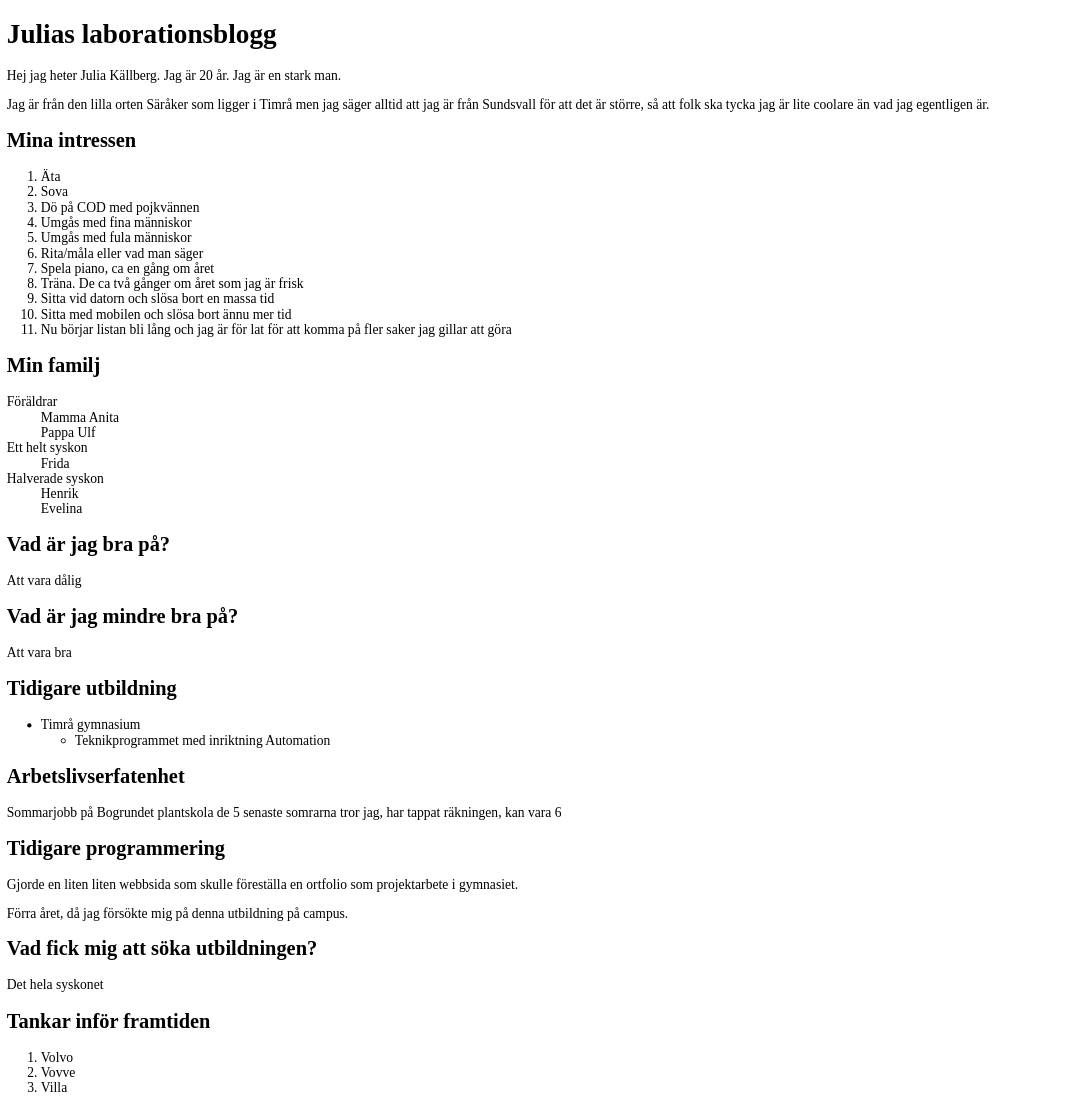
Repository: jk222rp/1ik415-laborationer-2014
Page: pages/presentation.html
The author's editor kept a record of every edit. The page is drawn from the files as they stood at one moment, then again after the next edit.
The browser window is 1280 px wide. The pictures show the whole page, at 85% of full size.

Above is the page before.

After the next edit:
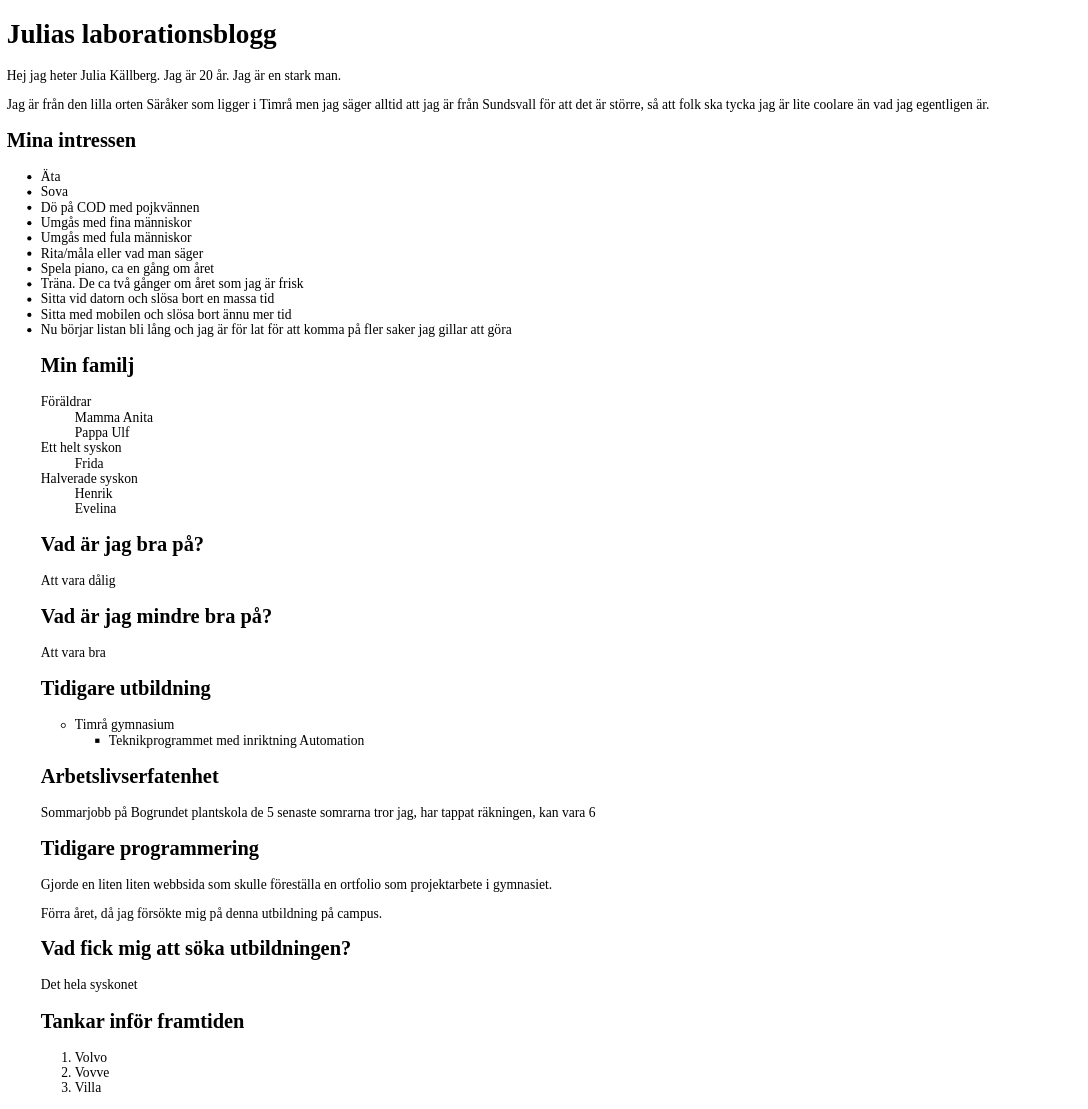
The edit:
--- a/pages/presentation.html
+++ b/pages/presentation.html
@@ -13,7 +13,7 @@
       <p>Jag är från den lilla orten Säråker som ligger i Timrå men jag säger alltid att jag är från Sundsvall för att det är större, så att folk ska tycka jag är lite coolare än vad jag egentligen är.</p>
 
     <h2>Mina intressen</h2>
-    <ol>
+    <ul>
       <li>Äta</li>
       <li>Sova</li>
       <li>Dö på COD med pojkvännen</li>

After the edit that followed:
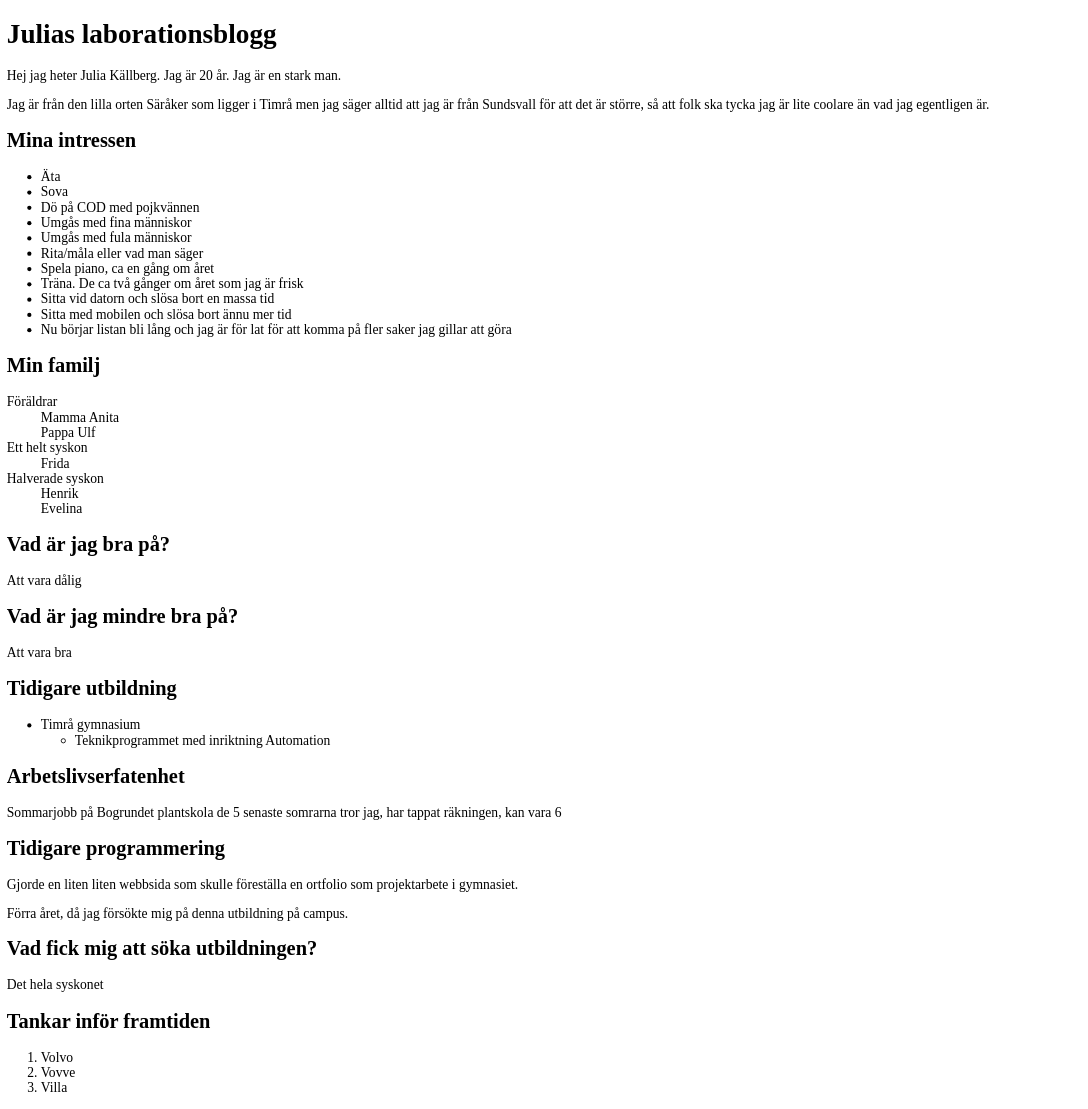
The edit:
--- a/pages/presentation.html
+++ b/pages/presentation.html
@@ -25,7 +25,7 @@
       <li>Sitta vid datorn och slösa bort en massa tid</li>
       <li>Sitta med mobilen och slösa bort ännu mer tid</li>
       <li>Nu börjar listan bli lång och jag är för lat för att komma på fler saker jag gillar att göra</li>
-    </ol>
+    </ul>
 
     <h2>Min familj</h2>
     <dl>
